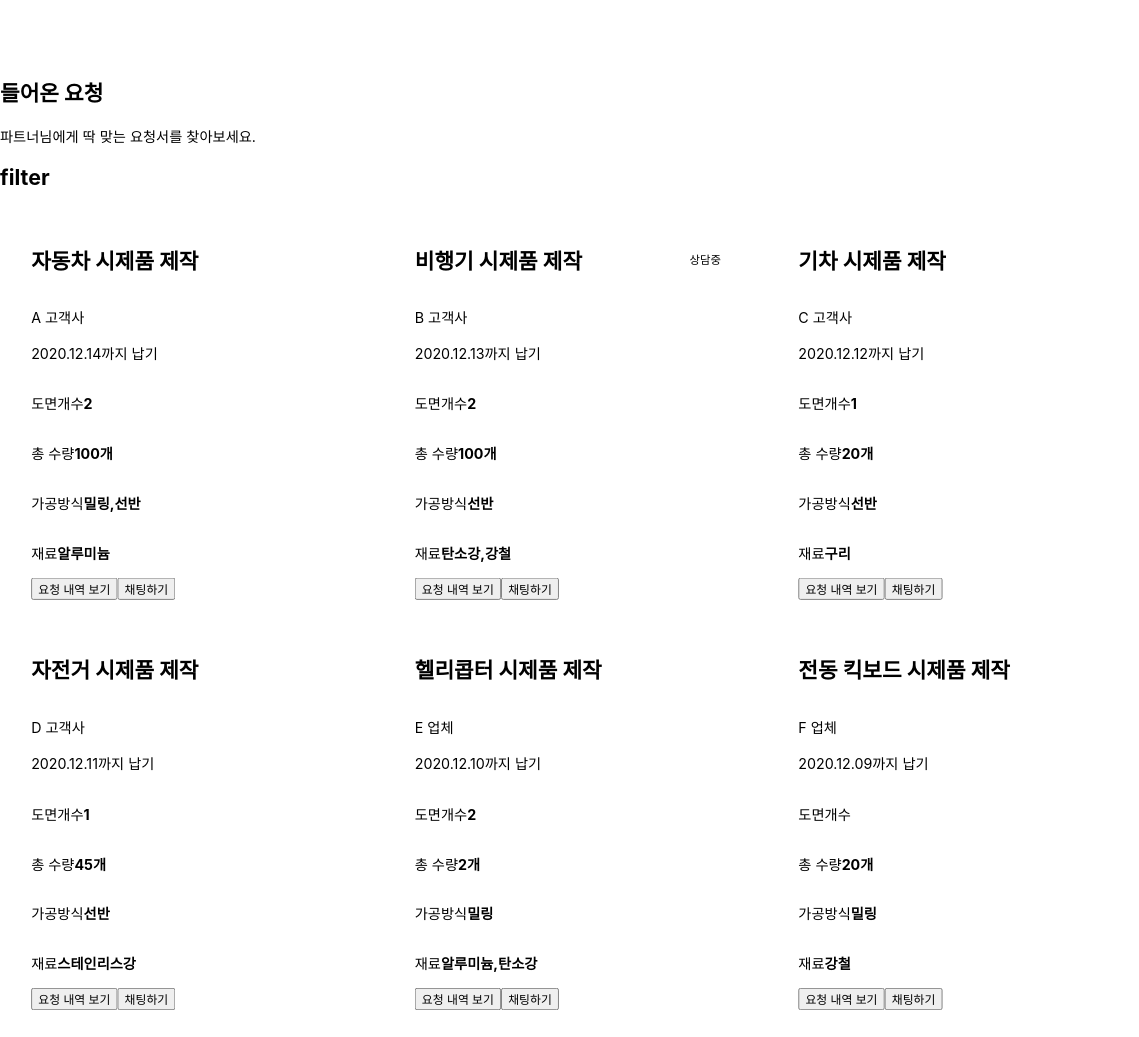
Repository: seoulsaram/capa
Page: /
An editor plug-in stored every save of this project. The page is shown before and after the next save, followed by the edit.
The browser window is 1280 px wide. The pictures show the whole page, at 89% of full size.
The project was rebuilt for these pictures with package versions that can differ from the ones it lists, and the page was loaded fresh each time. Requests to the local data server were answered from the project's data file. Also part of the build but not shown: src/App.css, src/components/filter/filter.module.css, src/components/item_container/item_container.module.css.

Above is the page before, as saved 2021-03-05 22:14:49.

After the next save:
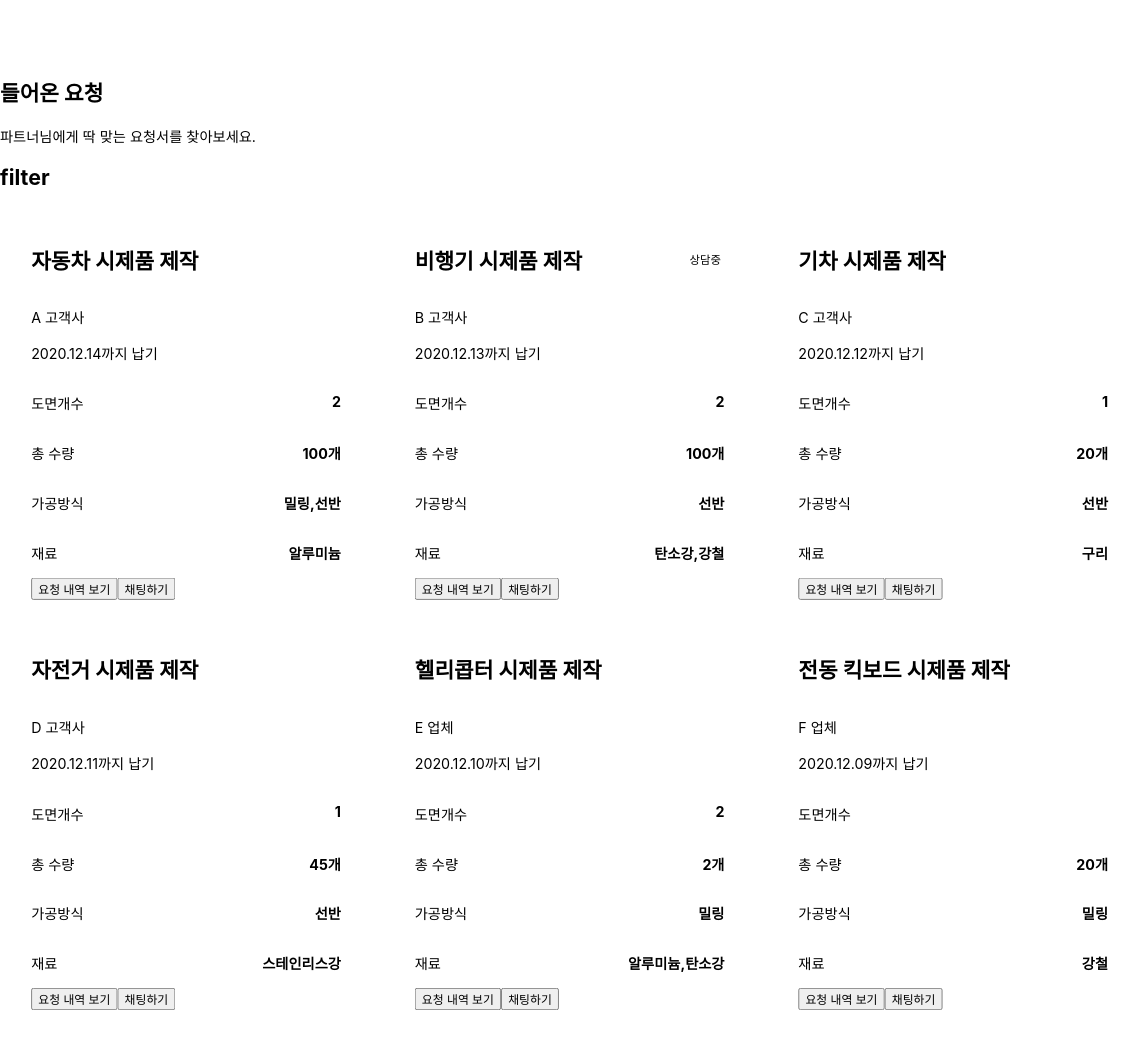
Saved 43 s later.
--- a/src/components/request_box/request_box.module.css
+++ b/src/components/request_box/request_box.module.css
@@ -50,3 +50,8 @@ ul {
   display: flex;
   flex-direction: column;
 }
+
+.order {
+  display: flex;
+  justify-content: space-between;
+}
